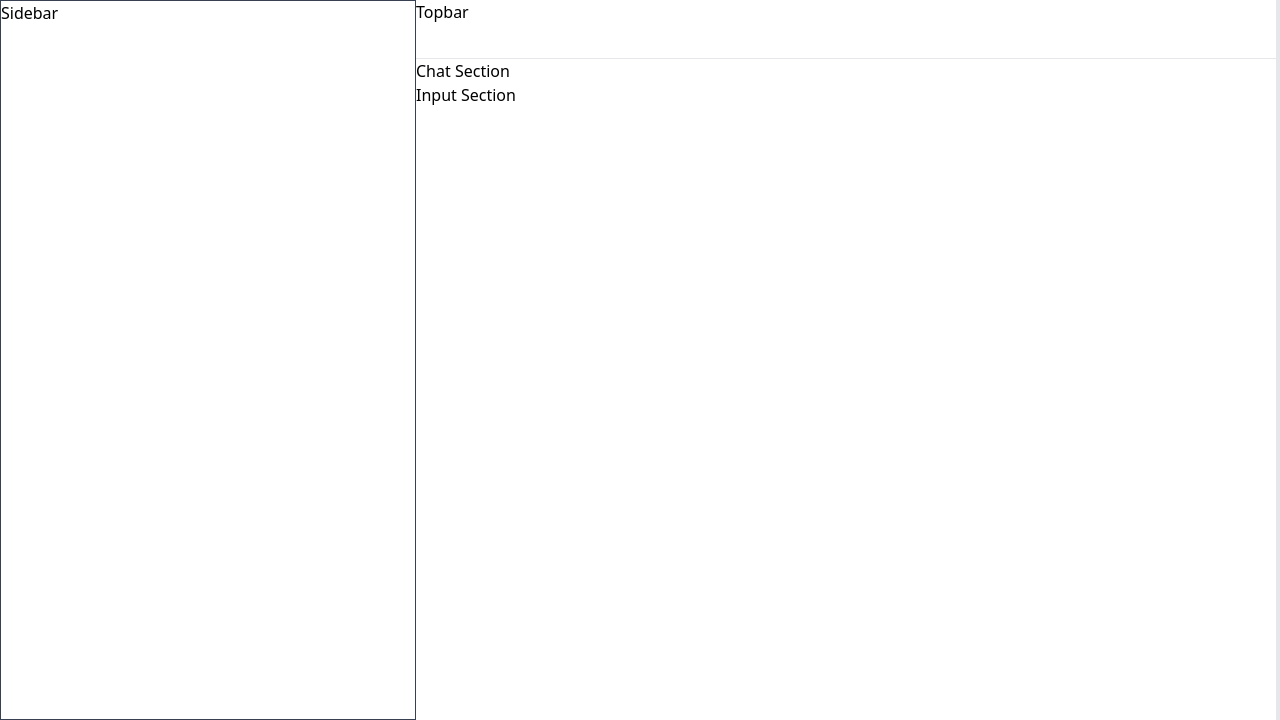
Repository: Qu4ntumGuy/telegram-clone
Page: /
The author's editor kept a copy of each file at every save. The page is drawn from the files as they stood at one save, then again after the next save.
The browser window is 1280 px wide. The pictures show the whole page.
The project was rebuilt for these pictures with package versions that can differ from the ones it lists, and the page was loaded fresh each time. Also part of the build but not shown: src/Utils/ContextProvider.js.

Above is the page before, as saved 2024-07-15 11:02:21.

After the next save:
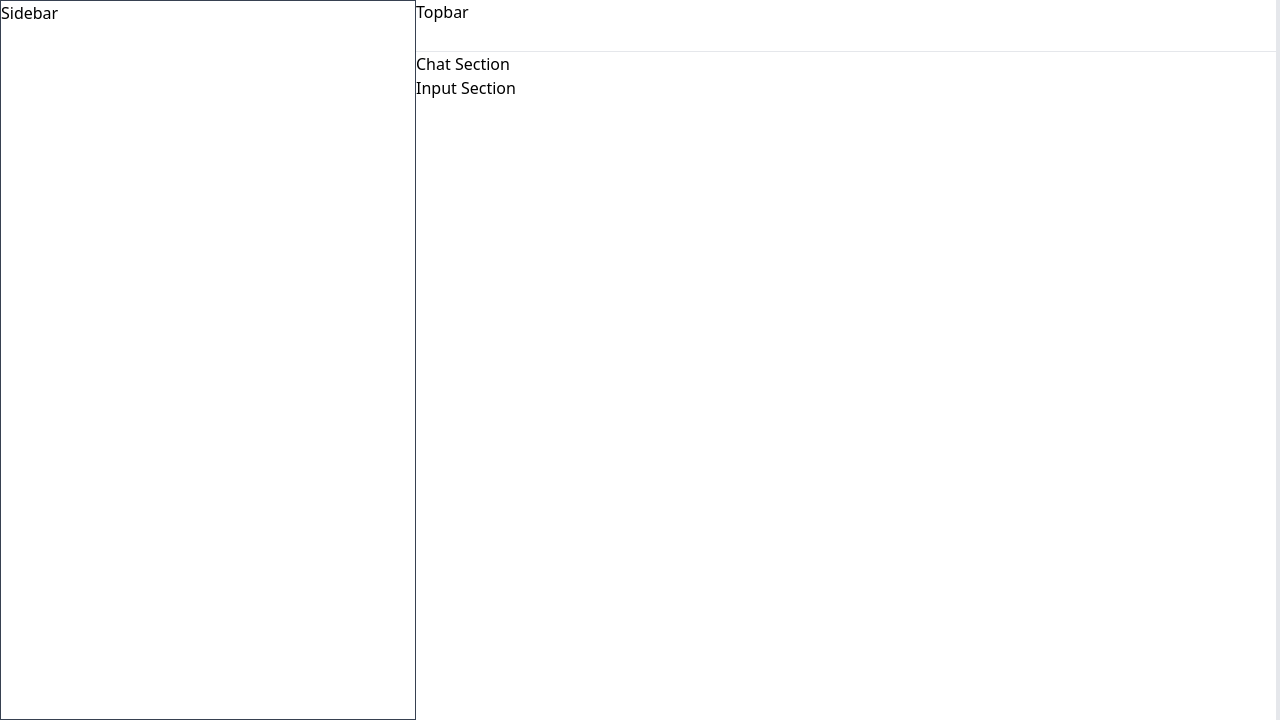
Saved 7 s later.
--- a/src/Pages/Home/Home.js
+++ b/src/Pages/Home/Home.js
@@ -3,7 +3,7 @@ import React from "react";
 function Home() {
   return (
     <div className="flex flex-col justify-center h-screen border-r-4 w-full">
-      <div className="top-0 mb-auto h-16 border-b">Topbar</div>
+      <div className="top-0 mb-auto h-14 border-b">Topbar</div>
       <div className="h-full">
         <div className="">Chat Section</div>
         <div className="bottom-0 mt-auto">Input Section</div>
